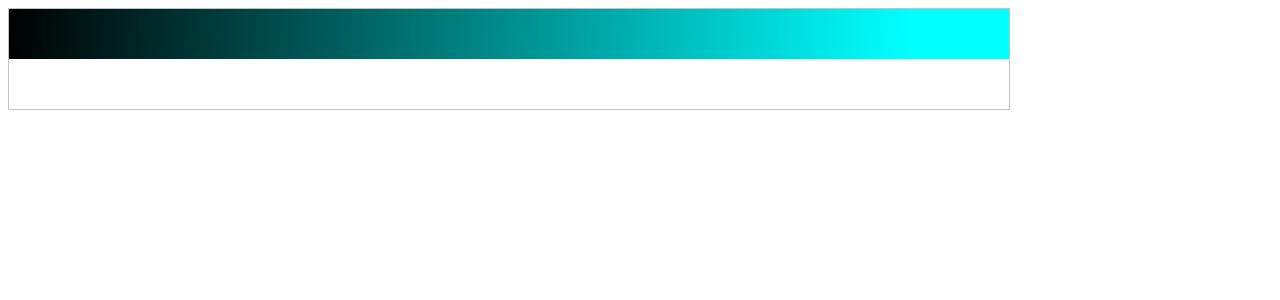
Repository: YukiXueyan/moquWebsite
Page: html/渐变.html
The author's editor kept a copy of each file at every save. The page is drawn from the files as they stood at one save, then again after the next save.
The browser window is 1280 px wide. The pictures show the whole page.

Above is the page before, as saved 2020-07-05 15:43:48.

### html/渐变.html
<!DOCTYPE HTML>
<html>
<body>

<canvas id="myCanvas" width="1000" height="100" style="border:1px solid #c3c3c3;">
Your browser does not support the canvas element.
</canvas>


<script type="text/javascript">

var c=document.getElementById("myCanvas");
var cxt=c.getContext("2d");
var grd=cxt.createLinearGradient(0,0,900,50);
grd.addColorStop(0,"#000000");
grd.addColorStop(1,"#00FFff");
cxt.fillStyle=grd;
cxt.fillRect(0,0,1000,50);

</script>

</body>
</html>

After the next save:
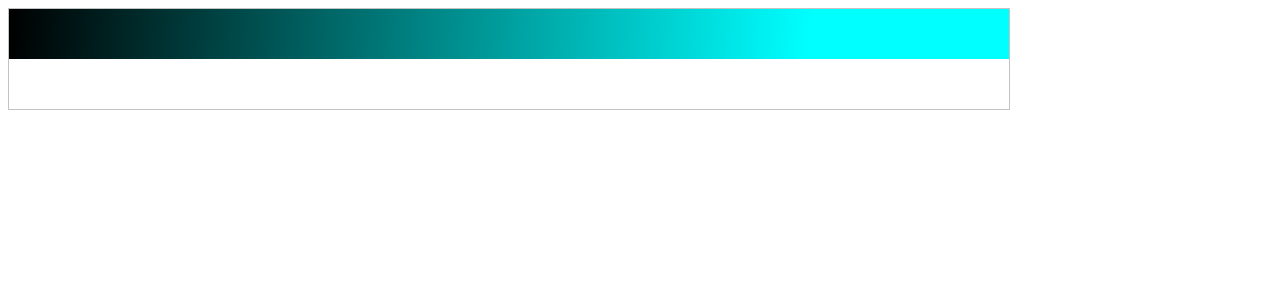
Saved 11 s later.
--- a/html/渐变.html
+++ b/html/渐变.html
@@ -11,7 +11,7 @@ Your browser does not support the canvas element.
 
 var c=document.getElementById("myCanvas");
 var cxt=c.getContext("2d");
-var grd=cxt.createLinearGradient(0,0,900,50);
+var grd=cxt.createLinearGradient(0,0,800,50);
 grd.addColorStop(0,"#000000");
 grd.addColorStop(1,"#00FFff");
 cxt.fillStyle=grd;
